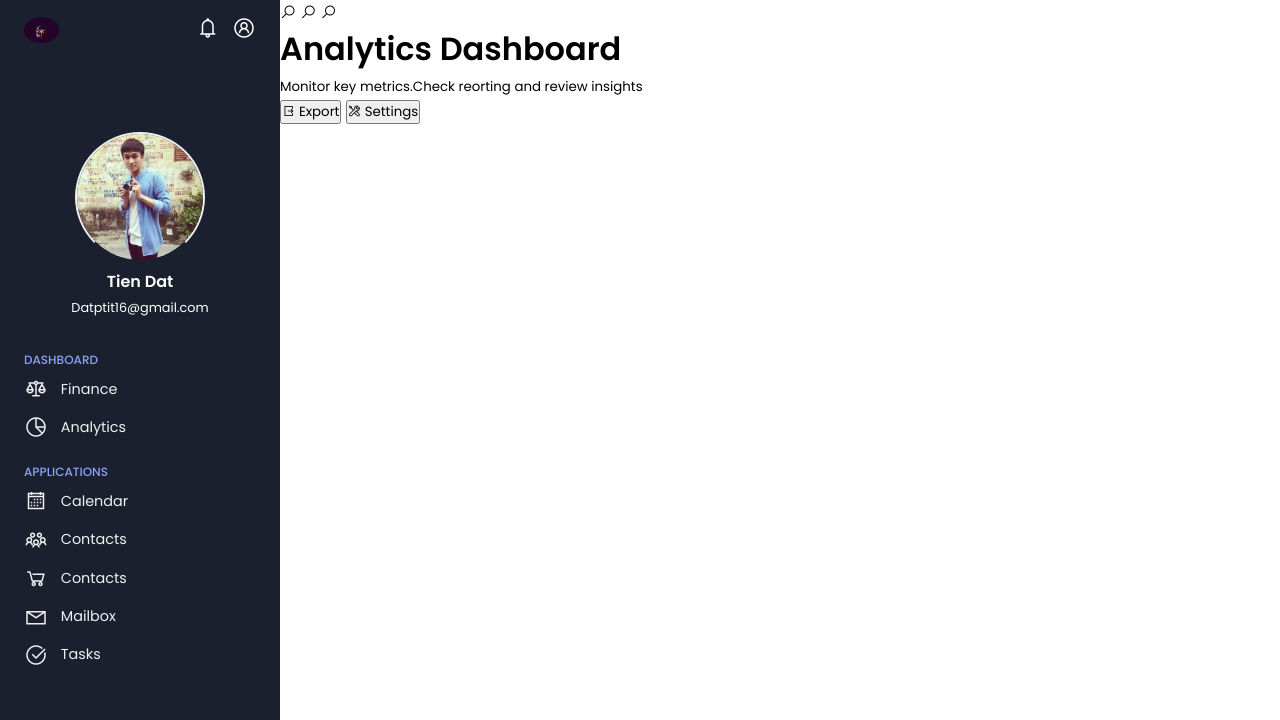
Repository: Datt21/dashboard-fe-project
Page: index.html
These files come from the project's save history. The page is drawn as it stood at one moment and after the next save; the edit follows.
The browser window is 1280 px wide. The pictures show the whole page.

Above is the page before, as saved 2021-06-08 14:40:23.

### index.html
<!DOCTYPE html>
<html lang="en">
<head>
    <meta charset="UTF-8">
    <meta http-equiv="X-UA-Compatible" content="IE=edge">
    <meta name="viewport" content="width=device-width, initial-scale=1.0 maxium-scale=1.0">

    <!-- =============== UNICONS =================== -->
    <link rel="stylesheet" href="https://maxst.icons8.com/vue-static/landings/line-awesome/line-awesome/1.3.0/css/line-awesome.min.css">
    <!-- =============== GOOGLE FONT =============== -->

    <!-- =============== CSS ================== -->
    <link rel="stylesheet" href="./assets/css/style.css">

    <title>Tien Dat Admin Dashboard</title>

</head>
<body>
    <!-- ========== SIDEBAR======== -->
    <div class="sidebar">
    <!-- brand -->
         <div class="sidebar__brand">
             <div class="brand__flex">
                 <img src="./img/loGO1.jpg" width="35px" alt="">

                 <div class="brand__icons">
                     <span class="las la-bell"></span>
                     <span class="las la-user-circle"></span>
                 </div>
             </div>
         </div>
    <!-- main -->
         <div class="sidebar__main">
             <div class="sidebar__user">
                 <img src="./img/119942988_206292647508421_8132941228799644311_n.jpg" alt="">
                 <div>
                     <h3> Tien Dat</h3>
                     <span> Datptit16@gmail.com</span>
                 </div>
             </div>
             <div class="sidebar__menu">
                 <div class="menu-head">
                     <span> Dashboard</span>
                 </div>
                 <ul>
                     <li>
                         <a href="">
                         <span class="las la-balance-scale"></span>
                        Finance
                        </a>
                    </li>
                     <li>
                         <a href=""><span class="las la-chart-pie"></span>
                        Analytics
                         </a>
                    </li>
                 </ul>

                 <div class="menu-head">
                    <span> Applications</span>
                </div>
                <ul>
                    <li>
                        <a href="">
                        <span class="las la-calendar"></span>
                       Calendar
                       </a>
                   </li>
                    <li>
                        <a href=""><span class="las la-users"></span>
                       Contacts
                        </a>
                   </li>
                    <li>
                        <a href=""><span class="las la-shopping-cart"></span>
                       Contacts
                        </a>
                   </li>
                    <li>
                        <a href=""><span class="las la-envelope"></span>
                       Mailbox
                        </a>
                   </li>
                    <li>
                        <a href=""><span class="las la-check-circle"></span>
                       Tasks
                        </a>
                   </li>
                </ul>
             </div>
         </div>
    </div>

    <!-- ================== MAIN CONTENT===================== -->
    <div class="main__content">
        <header>
            <span class="bars"></span>

            <div>
                <span class="las la-search"></span>
                <span class="las la-search"></span>
                <span class="las la-search"></span>
            </div>
        </header>

        <main>
            <div class="page-header">
                <div>
                    <h1>Analytics Dashboard</h1>
                    <small>Monitor key metrics.Check reorting and review insights</small>
                </div>

                <div>
                    <button>
                        <span class="las la-file-export"></span>
                        Export
                    </button>
                    <button>
                        <span class="las la-tools"></span>
                        Settings
                    </button>
                </div>
            </div>
        </main>
    </div>
</body>
</html>

### assets/css/style.css
@import url('https://fonts.googleapis.com/css2?family=Poppins:wght@300;400;500;600&display=swap');

:root{
    --color-main: #1a202e;
}

*{
    font-family: 'Poppins', sans-serif ;
    box-sizing: border-box;
    text-decoration: none;
    list-style-type: none;
    margin: 0;
    padding: 0;
}

.sidebar{
    width: 280px;
    position: fixed;
    left: 0;
    top: 0;
    height: 100%;
    padding: 1rem 1.5rem;
    background: var(--color-main);
    color: #fff;
}

.sidebar__brand{
    height: 100px;
}

.brand__flex{
    display: flex;
    justify-content: space-between;
    align-items: center;
}

.brand__flex img{
    border-radius: 50%;
}

.brand__icons span{
    font-size: 1.5rem;
    margin-left: 0.5rem;
}

.sidebar__user{
    margin: 1rem 0rem;
    text-align: center;
}

.sidebar__user img{
    width: 130px;
    height: 130px;
    border-radius: 50%;
    border: 2px solid #efefef;
    border-top: 2px solid #efefef;
    border-left: 2px solid #efefef;
    border-right: 2px solid #efefef;
    border-bottom: 2px solid transparent;
}

.sidebar__user h3{
    font-size: 1rem;
}

.sidebar__user span{
    font-size: .8rem;
}

.sidebar__menu {
    margin-top: 2rem;
}

.menu-head {
    text-transform: uppercase;
    color: #8da2fb;
    font-size: .75rem;
    font-weight: 500;
    margin-bottom: 0.5rem;
}

.sidebar__menu ul{
    margin-bottom: 1.5rem;
}

.sidebar__menu li{
    margin-bottom: 0.9rem;

}

.sidebar__menu li a{
    color: #efefef;
    font-size: .9rem;
    display: flex;
    align-items: center;
}

.sidebar__menu li a span{
    font-size: 1.5rem;
    display: inline-block;
    margin-right: 0.8rem;
}

.main__content{
    margin-left: 280px;
}

After the next save:
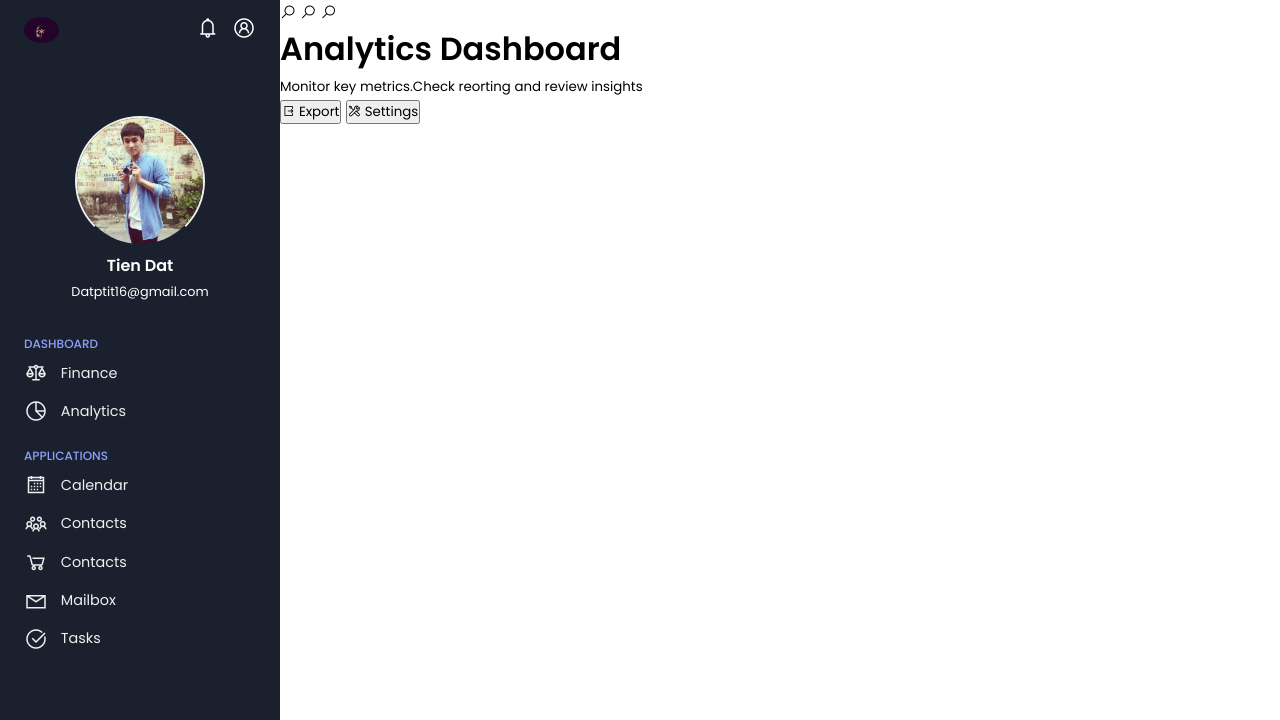
Saved 66 s later.
--- a/assets/css/style.css
+++ b/assets/css/style.css
@@ -44,7 +44,7 @@
 }
 
 .sidebar__user{
-    margin: 1rem 0rem;
+    margin: 0rem 0rem 1rem 0rem;
     text-align: center;
 }
 
